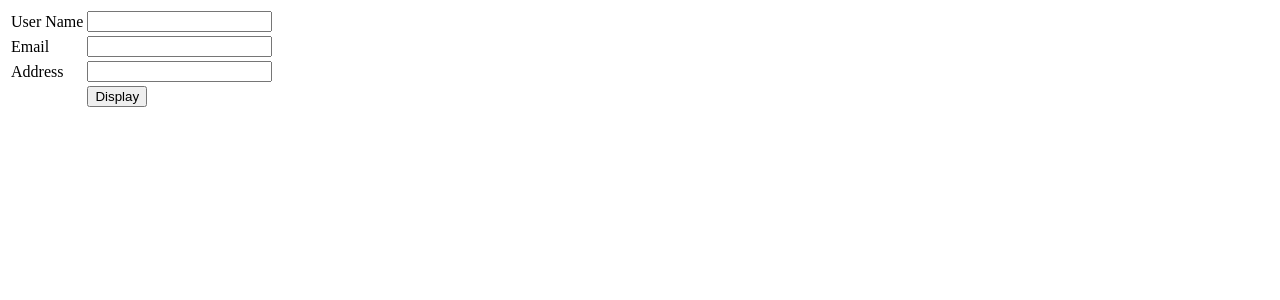
Repository: pyaephyotint22/Maven-Student-Course
Page: http://localhost/05-EL/
The author's editor kept a copy of each file at every save. The page is drawn from the files as they stood at one save, then again after the next save.
The browser window is 1280 px wide. The pictures show the whole page.
The page is served by Tomcat 9.

Above is the page before, as saved 2020-12-19 13:22:28.

### 05-EL/src/main/webapp/index.jsp
<%@ page language="java" contentType="text/html; charset=ISO-8859-1"
    pageEncoding="ISO-8859-1"%>
<!DOCTYPE html>
<html>
<head>
<meta charset="ISO-8859-1">
<title>EL Demo</title>
</head>
<body>
<%
	 String name=request.getParameter("uname");
     String email=request.getParameter("email");
     String add=request.getParameter("address");

%>
	<form action="">
		<table>
				<tr>
					<td>User Name</td>
					<td>
						<input type="text" name="uname"/>
					</td>
					</tr>

				<tr>
					<td>Email</td>
					<td>
						<input type="email" name="email"/>
					</td>
				</tr>
				<tr>
					<td>Address</td>
					<td>
						<input type="text" name="address"/>
					</td>
				</tr>
				<tr>
					<td></td>
					<td>
						<button type="submit">Display</button>
					</td>
				</tr>
		</table>
	</form>
</body>
</html>

After the next save:
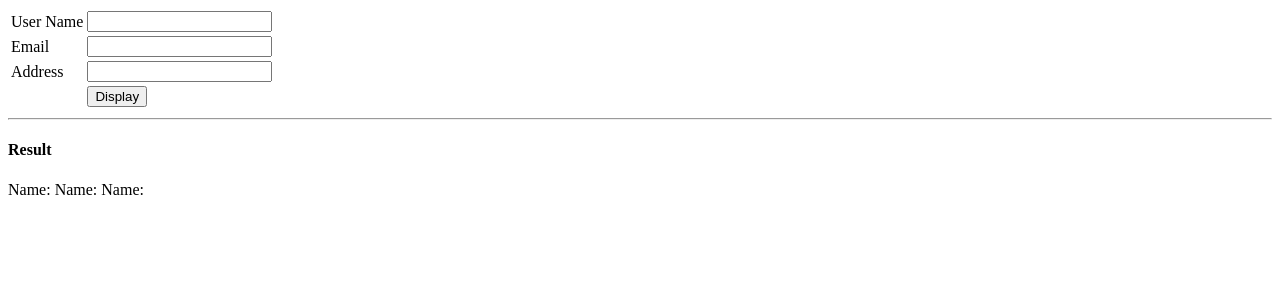
Saved 55 s later.
--- a/05-EL/src/main/webapp/index.jsp
+++ b/05-EL/src/main/webapp/index.jsp
@@ -42,5 +42,11 @@
 				</tr>
 		</table>
 	</form>
+	<hr />
+	<h4>Result</h4>
+	Name:<% %>
+	Name:<% %>
+	Name:<% %>
+
 </body>
 </html>
